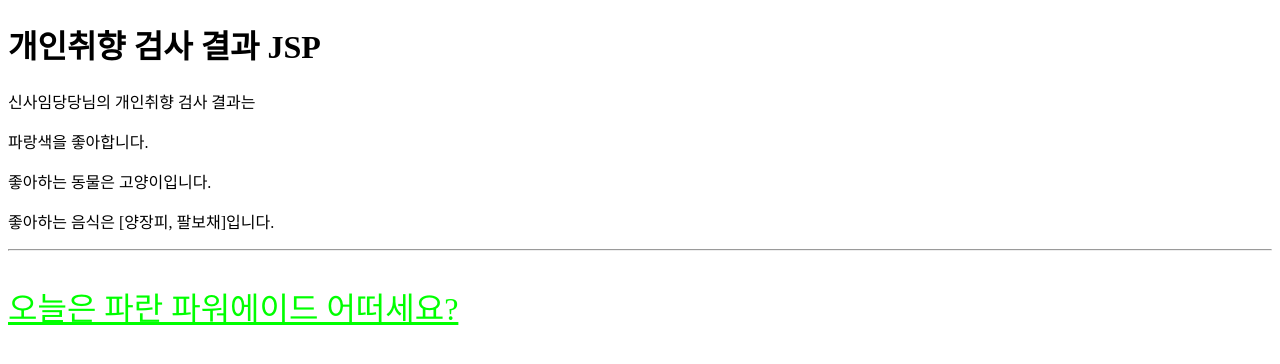
Repository: jsungl/WEBSERVER-WORKSPACE
Page: http://localhost/01_helloweb/servlet/testPersonEnd.jsp
These files come from the project's save history. The page is drawn as it stood at one moment and after the next save; the edit follows.
The browser window is 1280 px wide. The pictures show the whole page.
The page is served by Tomcat 9.

Above is the page before, as saved 2021-03-24 07:49:34.

After the next save:
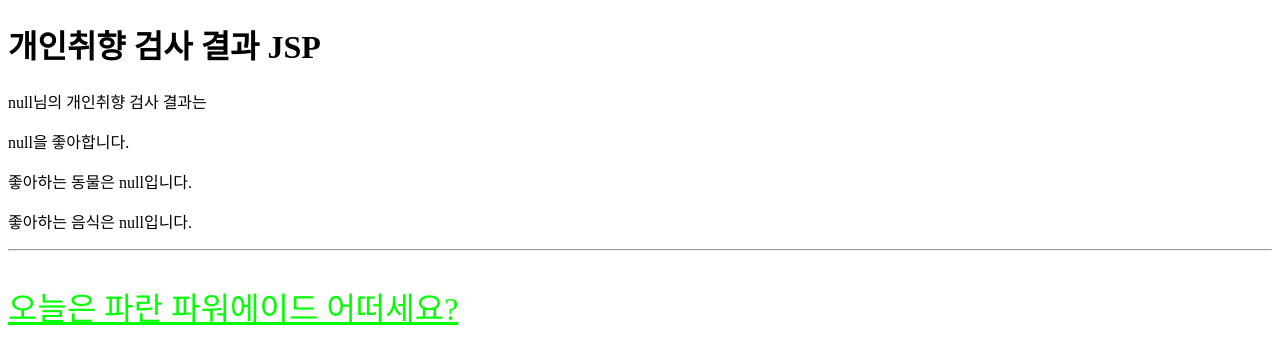
Saved 3 min 33 s later.
--- a/01_helloweb/WebContent/servlet/testPersonEnd.jsp
+++ b/01_helloweb/WebContent/servlet/testPersonEnd.jsp
@@ -37,10 +37,10 @@
 </head>
 <body>
 	<h1>개인취향 검사 결과 JSP</h1>
-	<p>신사임당당님의 개인취향 검사 결과는</p>
-	<p>파랑색을 좋아합니다.</p>
-	<p>좋아하는 동물은 고양이입니다.</p>
-	<p>좋아하는 음식은 [양장피, 팔보채]입니다.</p>
+	<p><%= name %>님의 개인취향 검사 결과는</p>
+	<p><%= color %>을 좋아합니다.</p>
+	<p>좋아하는 동물은 <%= animal %>입니다.</p>
+	<p>좋아하는 음식은 <%= Arrays.toString(foodArr) %>입니다.</p>
 	<hr>
 	<p class='recommendation'>오늘은 파란 파워에이드 어떠세요?</p>
 </body>
